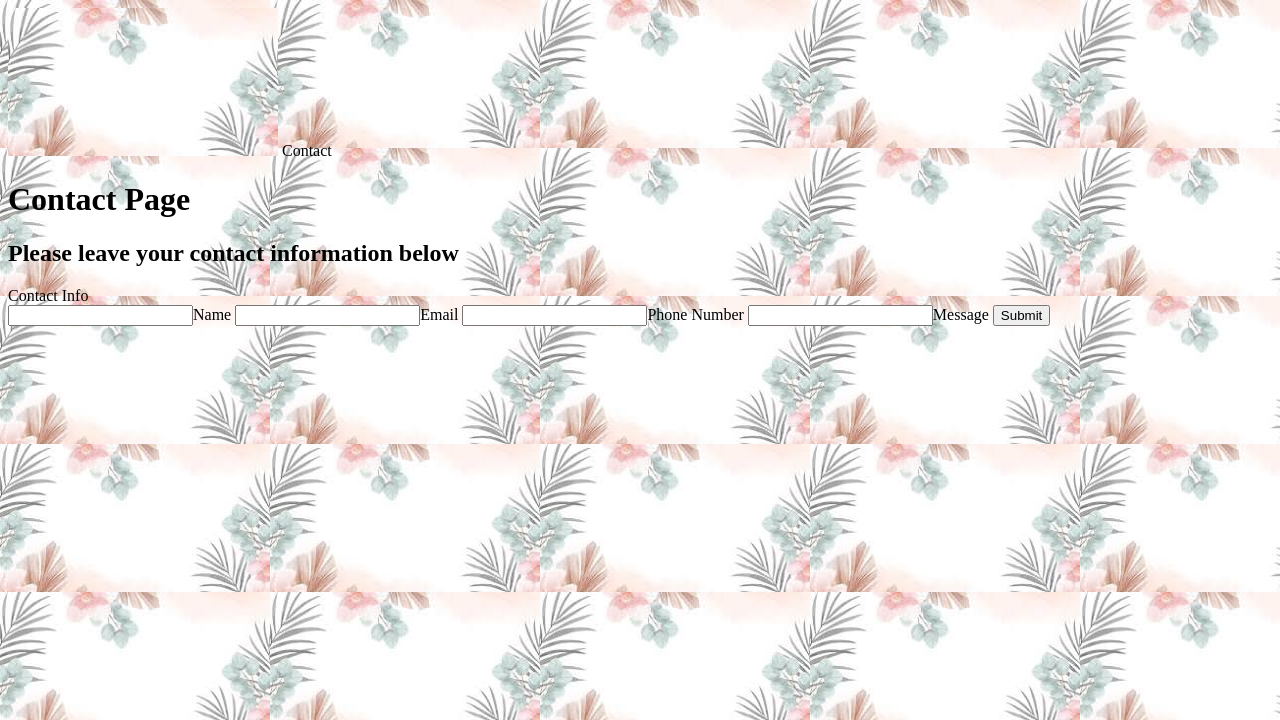
Repository: MelindaN14/My-Personal-Website
Page: contact.html
The author's editor kept a copy of each file at every save. The page is drawn from the files as they stood at one save, then again after a run of saves.
The browser window is 1280 px wide. The pictures show the whole page.

Above is the page before, as saved 2024-03-25 22:17:46.

After the next 7 saves:
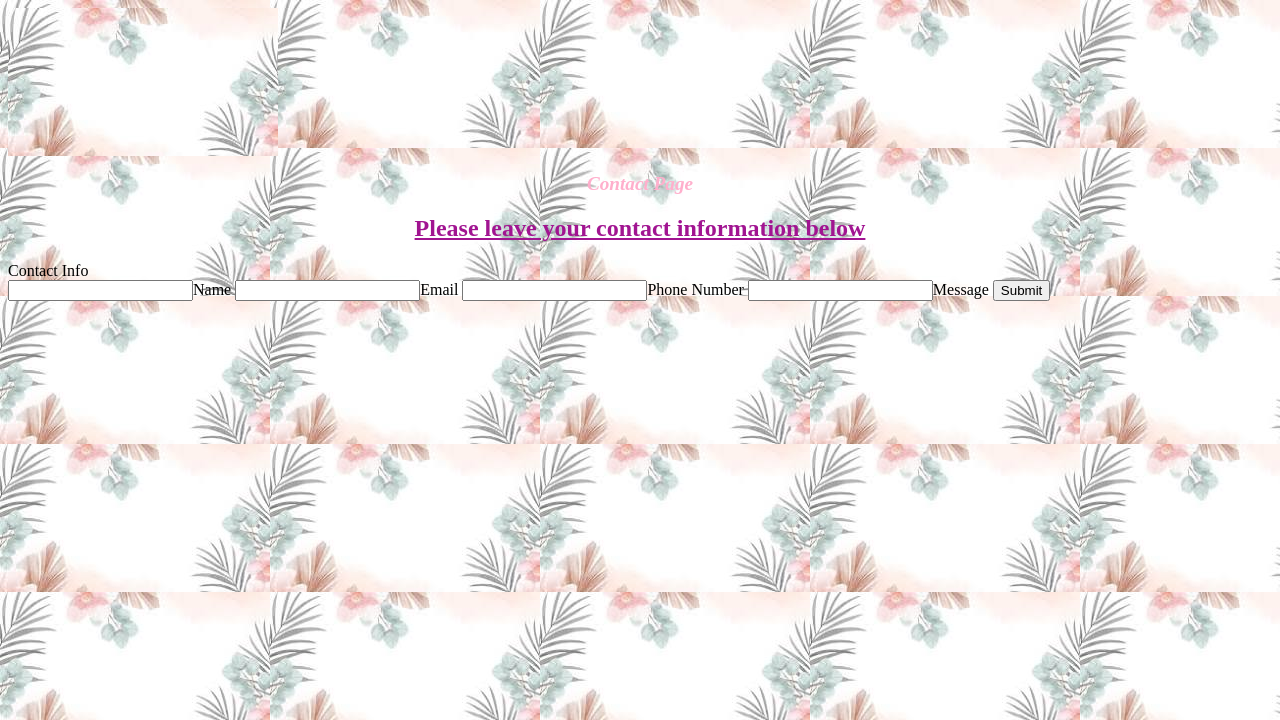
The 7 saves are shown as one change because they came seconds apart.
The last was saved 15 s later.
--- a/contact.html
+++ b/contact.html
@@ -4,7 +4,7 @@
     <meta charset="UTF-8" />
     <meta name="viewport" content="width=device-width, initial-scale=1.0" />
     <img src="contact backgound.jpeg" a href="contact backgound.jpeg">
-    <link rel="stylesheet"
+    <link rel="stylesheet" a href="style.css">
     <title>Contact</title>
     <!-- contact form needs a submit button along with email and phone  -->
   </head>

After the 2 saves that followed:
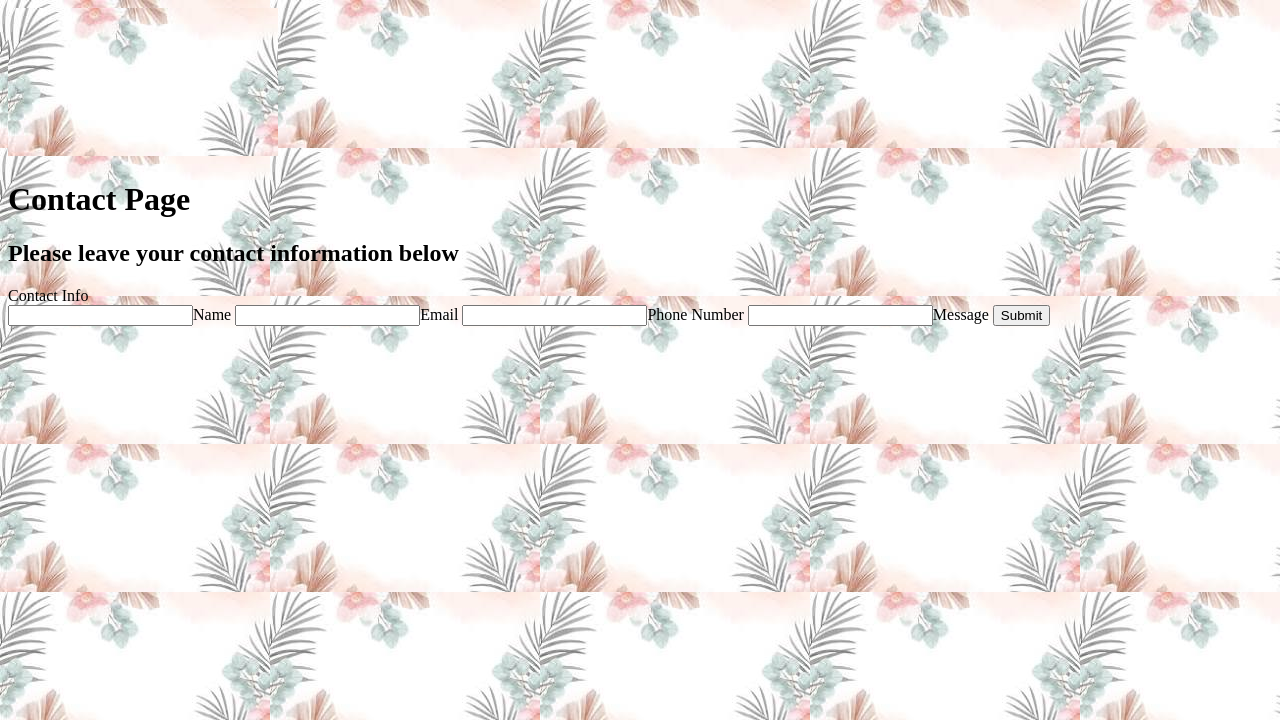
The 2 saves are shown as one change because they came seconds apart.
The last was saved 24 s later.
--- a/contact.html
+++ b/contact.html
@@ -4,7 +4,7 @@
     <meta charset="UTF-8" />
     <meta name="viewport" content="width=device-width, initial-scale=1.0" />
     <img src="contact backgound.jpeg" a href="contact backgound.jpeg">
-    <link rel="stylesheet" a href="style.css">
+    <link rel="style.css" a href="style.css">
     <title>Contact</title>
     <!-- contact form needs a submit button along with email and phone  -->
   </head>
